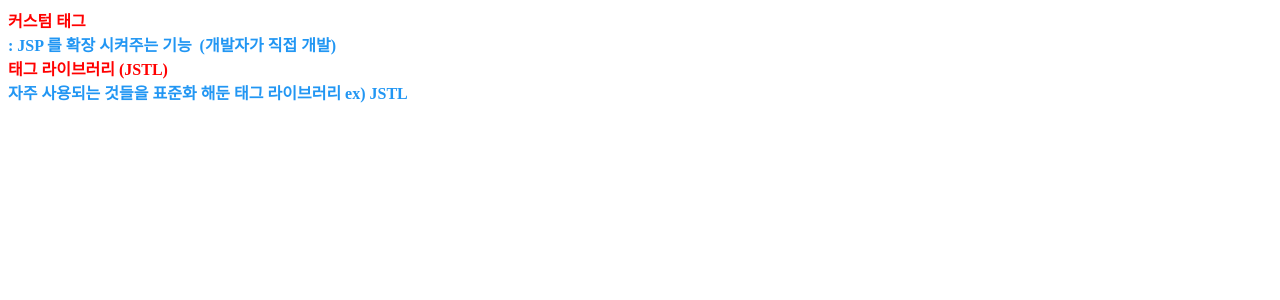
Repository: hyejux/JSP_STUDY
Page: http://localhost/JSPPractice2/JSP_ex6.jsp
The author's editor kept a copy of each file at every save. The page is drawn from the files as they stood at one save, then again after the next save.
The browser window is 1280 px wide. The pictures show the whole page.
The page is served by Tomcat 9. Other server files are loaded and not shown.

Above is the page before, as saved 2025-01-07 16:57:29.

### JSPPractice2/src/main/webapp/JSP_ex6.jsp
<%@ page language="java" contentType="text/html; charset=UTF-8"
    pageEncoding="UTF-8"%>
<!DOCTYPE html>
<html>
<head>
<meta charset="UTF-8">
<title> 태그라이브러리 JSTL 과 커스텀 태그 </title>
<link rel="stylesheet" type="text/css" href="css/style.css"> </link>
</head>
<body>

<div class="info">
	<div class="point"> 커스텀 태그 </div>
	<div> : JSP 를 확장 시켜주는 기능  (개발자가 직접 개발)  </div>
	<div class="point"> 태그 라이브러리 (JSTL)</div>
	<div>  자주 사용되는 것들을 표준화 해둔 태그 라이브러리 ex) JSTL </div>
</div>
</body>
</html>

### JSPPractice2/src/main/webapp/css/style.css
.info{
	color : #2196f3;
	font-weight: bold;
}

.btn1 {
	border: 1px solid #ddd;
    color: #ffffff;
    border-radius: 10px;
    padding: 5px 10px;
    background: #03A9F4;
    margin-top: 5px;
}

.point {
	color : red;
}

After the next save:
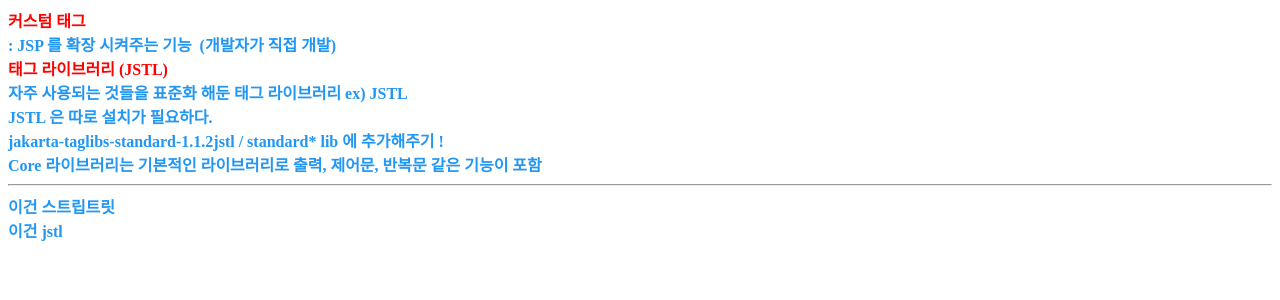
Saved 3 min 25 s later.
--- a/JSPPractice2/src/main/webapp/JSP_ex6.jsp
+++ b/JSPPractice2/src/main/webapp/JSP_ex6.jsp
@@ -1,5 +1,6 @@
 <%@ page language="java" contentType="text/html; charset=UTF-8"
     pageEncoding="UTF-8"%>
+<%@ taglib uri="http://java.sun.com/jsp/jstl/core" prefix="c" %>
 <!DOCTYPE html>
 <html>
 <head>
@@ -14,6 +15,15 @@
 	<div> : JSP 를 확장 시켜주는 기능  (개발자가 직접 개발)  </div>
 	<div class="point"> 태그 라이브러리 (JSTL)</div>
 	<div>  자주 사용되는 것들을 표준화 해둔 태그 라이브러리 ex) JSTL </div>
+	<div> JSTL 은 따로 설치가 필요하다. </div>
+	<div> jakarta-taglibs-standard-1.1.2jstl / standard* lib 에 추가해주기 !</div>
+	 <%-- <%@ taglib uri="http://java.sun.com/jsp/jstl/core" prefix="c" %> --%>
+	<div> Core 라이브러리는  기본적인 라이브러리로 출력, 제어문, 반복문 같은 기능이 포함 </div>
+	<hr>
+
+
+	<% out.println("<div> 이건 스트립트릿 </div> "); %>
+	<c:out value="이건 jstl"/>
 </div>
 </body>
 </html>
